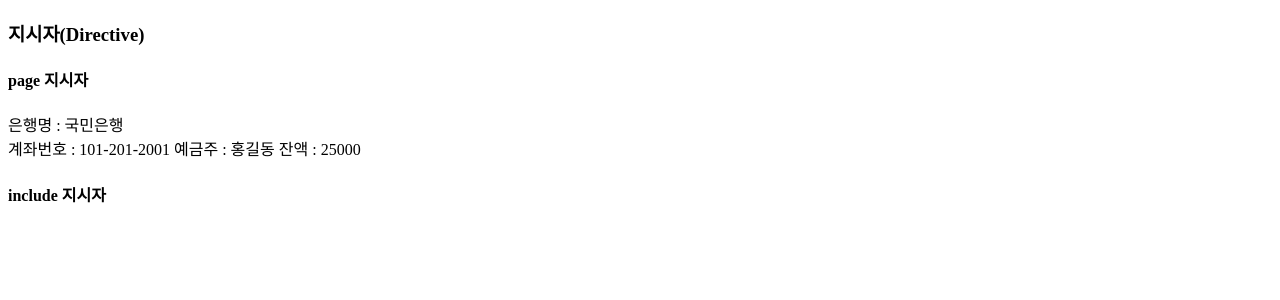
Repository: cms8474/JSP
Page: http://localhost/ch02/4_Directive.jsp
These files come from the project's save history. The page is drawn as it stood at one moment and after the next save; the edit follows.
The browser window is 1280 px wide. The pictures show the whole page.
The page is served by Tomcat 10.

Above is the page before, as saved 2025-07-28 02:29:51.

After the next save:
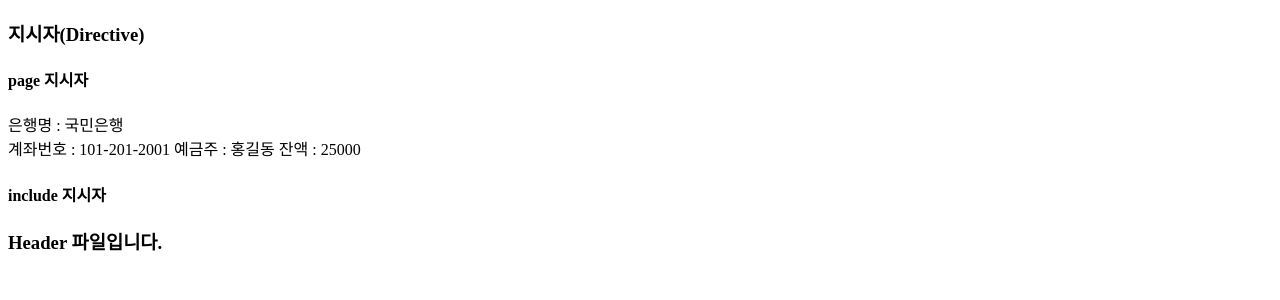
Saved 2 min 3 s later.
--- a/ch02/src/main/webapp/4_Directive.jsp
+++ b/ch02/src/main/webapp/4_Directive.jsp
@@ -28,6 +28,7 @@
 
 
 		<h4>include 지시자</h4>
+		<%@ include file="./inc/_header.jsp"%>
 
 
 	</body>
